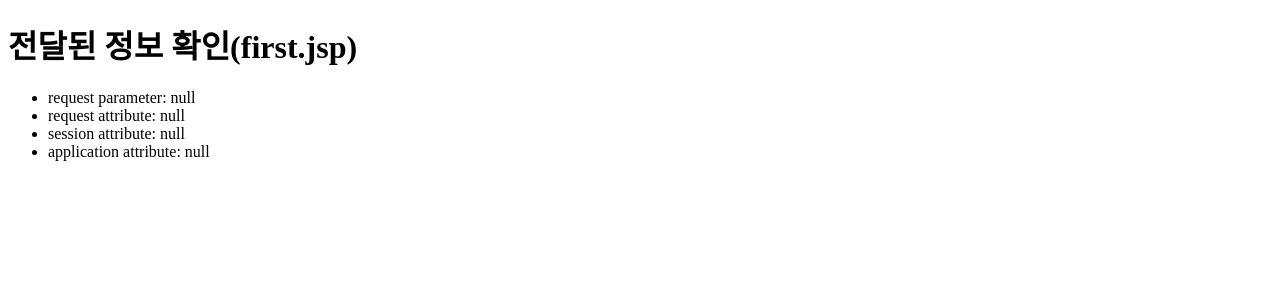
Repository: roadtofuture/woorifisa_java
Page: http://localhost/web_day3/session/first.jsp
These files come from the project's save history. The page is drawn as it stood at one moment and after the next save; the edit follows.
The browser window is 1280 px wide. The pictures show the whole page.
The page is served by Tomcat 9. The template is opened directly, without the code that normally fills it, so the values that code supplies are empty.

Above is the page before, as saved 2023-06-19 00:50:34.

After the next save:
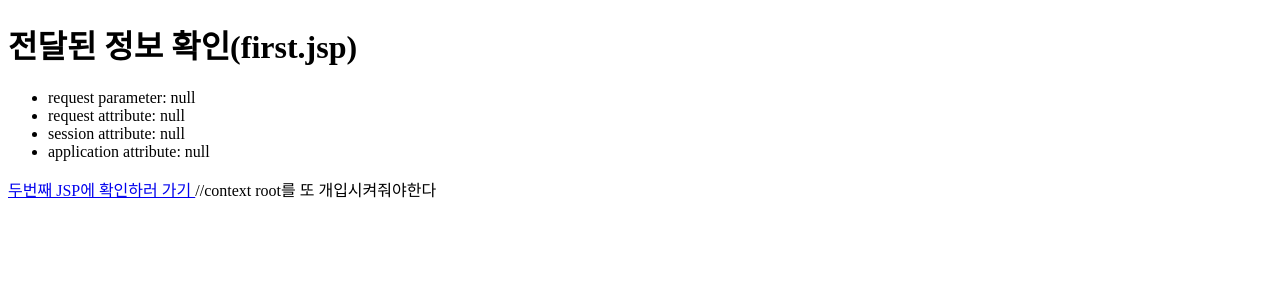
Saved 2 min 25 s later.
--- a/web_day3/src/main/webapp/session/first.jsp
+++ b/web_day3/src/main/webapp/session/first.jsp
@@ -14,5 +14,7 @@
 		<li>session attribute: <%= session.getAttribute("sesAttr")%>
 		<li>application attribute: <%= application.getAttribute("appAttr")%>
 	</ul>
+
+	<a href="/web_day3/session/second.jsp">두번째 JSP에 확인하러 가기 </a> //context root를 또 개입시켜줘야한다
 </body>
 </html>
